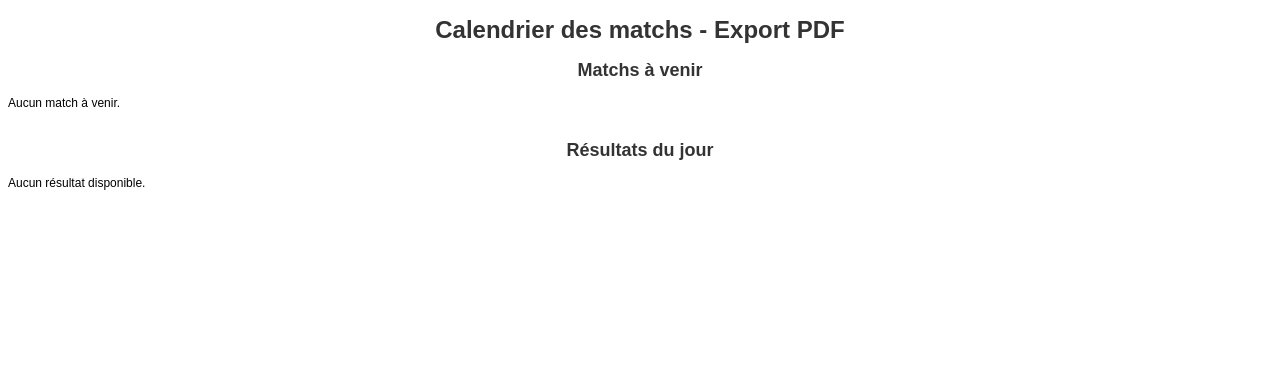
Repository: KILAYOSSI/tournoi_foot
Page: templates/pages/calendrier_pdf.html.twig
These files come from the project's save history. The page is drawn as it stood at one moment and after the next save; the edit follows.
The browser window is 1280 px wide. The pictures show the whole page.
The page is a Twig template of a Symfony application; nobody is signed in and links lead nowhere. The template is opened directly, without the code that normally fills it, so the values that code supplies are empty.

Above is the page before, as saved 2025-06-11 19:59:35.

### templates/pages/calendrier_pdf.html.twig
<!DOCTYPE html>
<html>
<head>
    <meta charset="UTF-8">
    <title>Export PDF - Calendrier des matchs</title>
    <style>
        body {
            font-family: Arial, sans-serif;
            font-size: 12px;
            color: #000;
        }
        h1, h2 {
            text-align: center;
            color: #333;
        }
        .section {
            margin-bottom: 30px;
        }
        .match-item, .result-item {
            border: 1px solid #ccc;
            border-radius: 8px;
            padding: 8px 12px;
            margin-bottom: 10px;
        }
        .match-date {
            font-weight: bold;
            margin-bottom: 5px;
        }
        .clubs {
            display: flex;
            justify-content: space-between;
            align-items: center;
        }
        .club-name {
            font-weight: bold;
            text-transform: uppercase;
        }
        .score {
            font-weight: bold;
            font-size: 14px;
        }
    </style>
</head>
<body>
    <h1>Calendrier des matchs - Export PDF</h1>

    <div class="section">
        <h2>Matchs à venir</h2>
        {% if matchsAVenir is empty %}
            <p>Aucun match à venir.</p>
        {% else %}
            {% for match in matchsAVenir %}
                <div class="match-item">
                    <div class="match-date">{{ match.date|date('l j F Y H:i') }}</div>
                    <div class="clubs">
                        <div class="club-name">{{ match.club1.nom|upper }}</div>
                        <div>VS</div>
                        <div class="club-name">{{ match.club2.nom|upper }}</div>
                    </div>
                </div>
            {% endfor %}
        {% endif %}
    </div>

    <div class="section">
        <h2>Résultats du jour</h2>
        {% if matchsResultats is empty %}
            <p>Aucun résultat disponible.</p>
        {% else %}
            {% for match in matchsResultats %}
                <div class="result-item">
                    <div class="clubs">
                        <div class="club-name">{{ match.club1.nom|upper }}</div>
                        <div class="score">{{ match.scoreclub1 }} - {{ match.scoreclub2 }}</div>
                        <div class="club-name">{{ match.club2.nom|upper }}</div>
                    </div>
                </div>
            {% endfor %}
        {% endif %}
    </div>
</body>
</html>

After the next save:
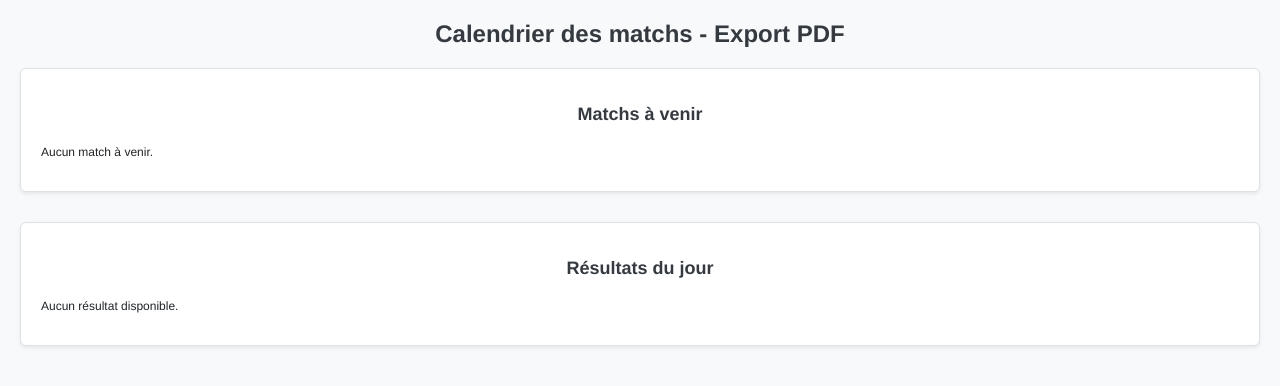
Saved 5 min 42 s later.
--- a/templates/pages/calendrier_pdf.html.twig
+++ b/templates/pages/calendrier_pdf.html.twig
@@ -4,40 +4,59 @@
     <meta charset="UTF-8">
     <title>Export PDF - Calendrier des matchs</title>
     <style>
+        /* Bootstrap-like styles for PDF */
         body {
-            font-family: Arial, sans-serif;
+            font-family: "Helvetica Neue", Helvetica, Arial, sans-serif;
             font-size: 12px;
-            color: #000;
+            color: #212529;
+            background-color: #f8f9fa;
+            margin: 20px;
         }
         h1, h2 {
             text-align: center;
-            color: #333;
+            color: #343a40;
+            margin-bottom: 20px;
         }
         .section {
+            background-color: #ffffff;
+            border: 1px solid #dee2e6;
+            border-radius: 0.375rem;
+            padding: 20px;
             margin-bottom: 30px;
+            box-shadow: 0 0.125rem 0.25rem rgba(0, 0, 0, 0.075);
         }
         .match-item, .result-item {
-            border: 1px solid #ccc;
-            border-radius: 8px;
-            padding: 8px 12px;
-            margin-bottom: 10px;
+            background-color: #e9ecef;
+            border-radius: 0.375rem;
+            padding: 15px 20px;
+            margin-bottom: 15px;
+            box-shadow: inset 0 1px 2px rgb(0 0 0 / 0.075);
         }
         .match-date {
-            font-weight: bold;
-            margin-bottom: 5px;
+            font-weight: 700;
+            margin-bottom: 10px;
+            color: #495057;
         }
         .clubs {
             display: flex;
             justify-content: space-between;
             align-items: center;
+            font-weight: 600;
+            font-size: 14px;
+            color: #212529;
         }
         .club-name {
-            font-weight: bold;
             text-transform: uppercase;
+            color: #0d6efd;
         }
         .score {
-            font-weight: bold;
-            font-size: 14px;
+            font-weight: 700;
+            font-size: 16px;
+            color: #198754;
+        }
+        .vs-text {
+            font-weight: 700;
+            color: #6c757d;
         }
     </style>
 </head>
@@ -54,7 +73,7 @@
                     <div class="match-date">{{ match.date|date('l j F Y H:i') }}</div>
                     <div class="clubs">
                         <div class="club-name">{{ match.club1.nom|upper }}</div>
-                        <div>VS</div>
+                        <div class="vs-text">VS</div>
                         <div class="club-name">{{ match.club2.nom|upper }}</div>
                     </div>
                 </div>
